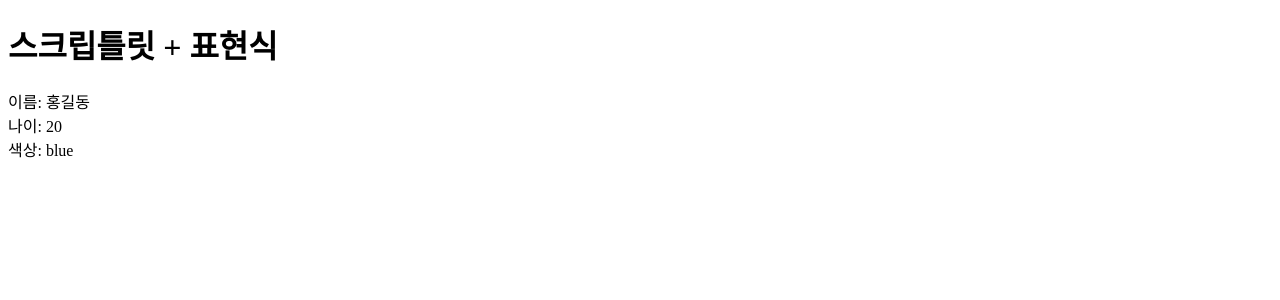
Repository: sungken/JSP
Page: http://localhost/JSPTest/ex06_script.jsp
These files come from the project's save history. The page is drawn as it stood at one moment and after the next save; the edit follows.
The browser window is 1280 px wide. The pictures show the whole page.
The page is served by Tomcat 9.

Above is the page before, as saved 2024-04-01 06:47:20.

### JSPTest/src/main/webapp/ex06_script.jsp
<%@ page language="java" contentType="text/html; charset=UTF-8"
    pageEncoding="UTF-8"%>
<%
	//비지니스 코드 작업 위치

	//Connection conn;
	//PrepapredStatement stat
	// ResultSet rs;
	// rs.getString("name");

	String name = "홍길동";
	int age = 20;
	String color = "blue";

%>
<!DOCTYPE html>
<html>
<head>
<meta charset="UTF-8">
<title>Insert title here</title>
</head>
<body>
	<!-- ex06_script.jsp -->
	<%-- 주석 --%>


	<h1>스크립틀릿 + 표현식</h1>
	<div>이름: <%= name %></div>
	<div>나이: <%= age %></div>
	<div style="backgroung-color: <%= color %>">색상: blue</div>

</body>
</html>

After the next save:
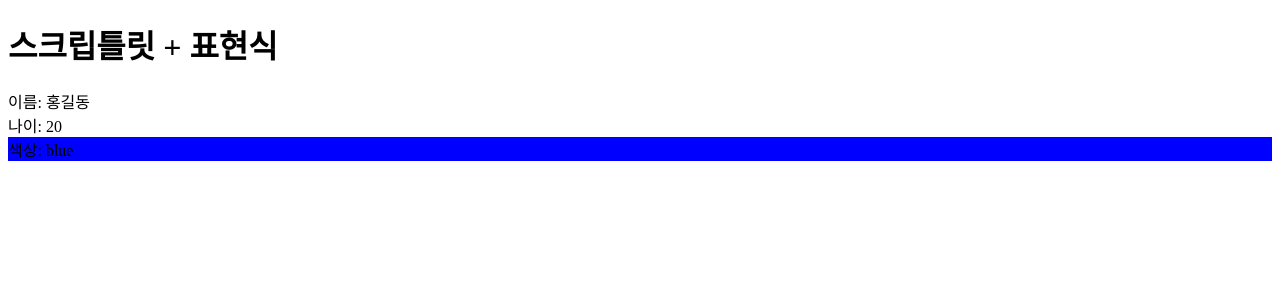
Saved 90 s later.
--- a/JSPTest/src/main/webapp/ex06_script.jsp
+++ b/JSPTest/src/main/webapp/ex06_script.jsp
@@ -25,9 +25,9 @@
 
 
 	<h1>스크립틀릿 + 표현식</h1>
+
 	<div>이름: <%= name %></div>
 	<div>나이: <%= age %></div>
-	<div style="backgroung-color: <%= color %>">색상: blue</div>
-
+	<div style="background-color: <%= color %>">색상: <%= color %></div>
 </body>
 </html>
